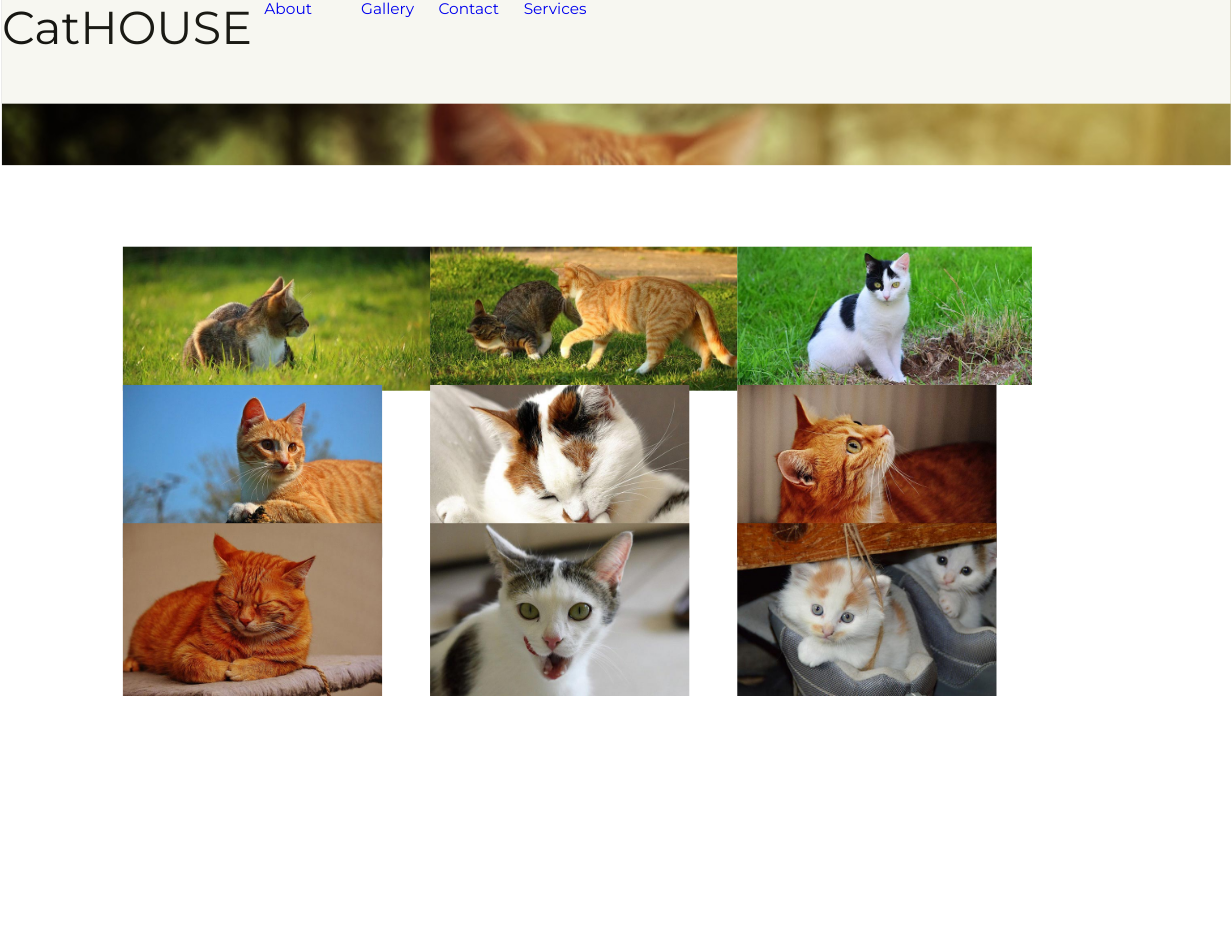
Repository: raul4264/final
Page: Gallery.html
These files come from the project's save history. The page is drawn as it stood at one moment and after the next save; the edit follows.
The browser window is 1280 px wide. The page is 1282 px wide, so the pictures cover 1282 px, including what lies to the right of the window. The pictures show the whole page, at 96% of full size.

Above is the page before, as saved 2021-03-22 14:16:54.

After the next save:
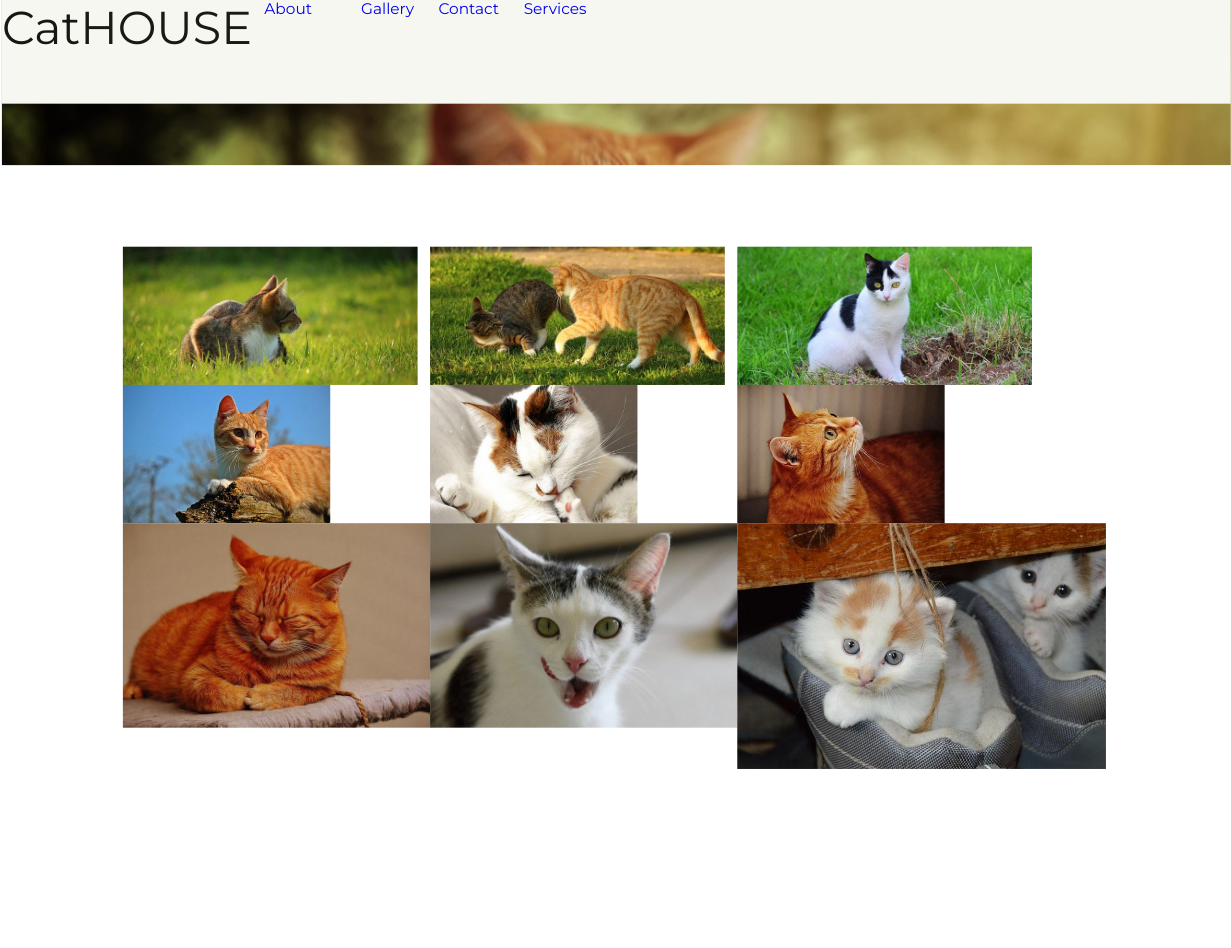
Saved 21 h 42 min later.
--- a/Gallery.html
+++ b/Gallery.html
@@ -35,15 +35,26 @@
             </div>
 
         </header>
+        <main class="cards">
+            <img src="images/b1.jpg" alt="Sample photo">
+            <img src="images/b2.jpg" alt="Sample photo">
+            <img src="images/b3.jpg" alt="Sample photo">
+            <img src="images/g1.jpg" alt="Sample photo">
+            <img src="images/g2.jpg" alt="Sample photo">
+            <img src="images/g3.jpg" alt="Sample photo">
+            <img src="images/g4.jpg" alt="Sample photo">
+            <img src="images/g5.jpg" alt="Sample photo">
+            <img src="images/g6.jpg" alt="Sample photo">
+          </main>
 
-        <main>
+        <!-- <main>
 
                 <img src="images/b1.jpg " class="uno" alt="imagen2 " />
                 <img src="images/b2.jpg "class="dos"  alt="imagen3 " />
                 <img src="images/b3.jpg "class="tres"  alt="imagen3 " />
 
 
-                <img src="images/g1.jpg " class="cuatro" alt="imagen2 " />
+                <img src="images/b1.jpg" class="cuatro" alt="imagen2 " />
                 <img src="images/g2.jpg " class="cinco" alt="imagen3 " />
                 <img src="images/g3.jpg " class="seis" alt="imagen3 " />
 
@@ -51,7 +62,7 @@
                 <img src="images/g5.jpg " class="ocho" alt="imagen3 " />
                 <img src="images/g6.jpg " class="nueve" alt="imagen3 " />
 
-        </main>
+        </main> -->
         <footer>
             <!--  <div class="footer">
                 <a href="http://www.facebook.com " target="blanck ">Facebook</a>
